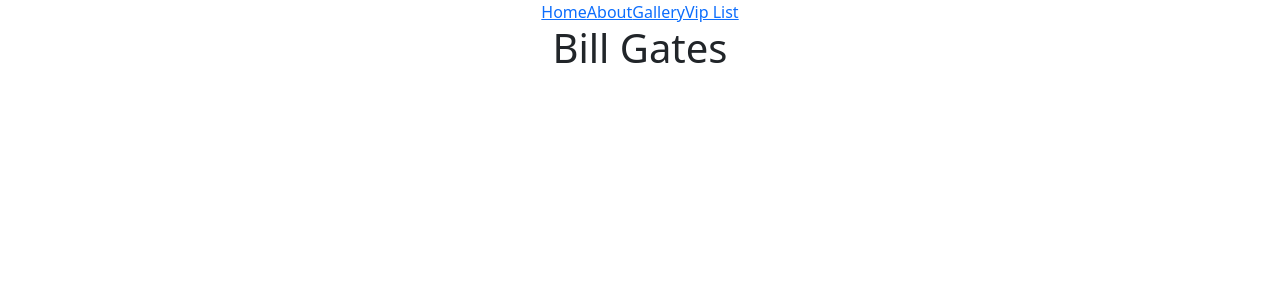
Repository: saargold/reactTest
Page: /vip/0
An editor plug-in stored every save of this project. The page is shown before and after the next save, followed by the edit.
The browser window is 1280 px wide. The pictures show the whole page.
The project was rebuilt for these pictures with package versions that can differ from the ones it lists, and the page was loaded fresh each time. A package was used in the major version that the imports need, not the one package.json lists. Also part of the build but not shown: src/App.css, src/api/Apicomp.js, src/input/MoviesInput.js, src/components/MovieList.js, src/components/AppMovies.js, src/components/Gallery.js, src/components/About.js, src/components/Home.js and 1 more.

Above is the page before, as saved 2022-09-07 14:20:46.

### src/App.js
import logo from './logo.svg';
import './App.css';
import Apicomp from './api/Apicomp';
import AppMovies from './components/AppMovies';
import {BrowserRouter as Router ,Switch,Route,Link} from 'react-router-dom'
import Gallery from './components/Gallery';
import About from './components/About';
import Home from './components/Home';
import VipList from './components/VipList';
import VipInfo from './components/VipInfo';
function App() {
  return (
    <Router>
    <div className="App text-center">
    <header>
      <Link to='/'>Home</Link>
      <Link to='/about'>About</Link>
      <Link to='/gallery'>Gallery</Link>
      <Link to='/vip'>Vip List</Link>

    </header>
    <Switch>
    <Route exact path="/" component={Home}></Route>
    <Route exact path="/about" component={About}></Route>
    <Route exact path="/gallery" component={Gallery}></Route>
    <Route exact path="/vip" component={VipList}></Route>
    <Route exact path="/vip/:id" component={VipInfo}></Route>

    </Switch>
    {/* <Apicomp/> */}
    {/* <AppMovies/> */}
    </div>
    </Router>
  );
}

export default App;

### src/components/VipInfo.js
import React from 'react'
import {vip_ar} from '../data/Vip.js'
function VipInfo(props) {
    let indexParam = props.match.params.id;
    let item=vip_ar[indexParam];
  return (
    <div>
    <h1>{item.name}</h1>

    </div>
  )
}

export default VipInfo

### src/data/Vip.js
export const vip_ar=
[
    {
        "name":"Bill Gates",
        "worth":"$90B",
        "birth_year":"1955",
        "source":"microsoft",
        "country":"USA",
        "image":"https://specials-images.forbesimg.com/imageserve/59d502f931358e542c034e76/200x200.jpg?background=000000&cropX1=245&cropX2=2420&cropY1=636&cropY2=2813"

    },
    {
        "name":"Warren Buffett",
        "worth":"$84B",
        "birth_year":"1931",
        "source":"Berkshire Hathaway",
        "country":"USA",
        "image":"https://specials-images.forbesimg.com/imageserve/59d5055931358e542c034ead/200x200.jpg?background=000000&cropX1=46&cropX2=693&cropY1=159&cropY2=806"

    },
    {
        "name":"Mark Zuckerberg",
        "worth":"$71B",
        "birth_year":"1984",
        "source":"Facebook",
        "country":"USA",
        "image":"https://specials-images.forbesimg.com/imageserve/59d5062131358e542c034eb7/200x200.jpg?background=000000&cropX1=419&cropX2=1409&cropY1=53&cropY2=1044"

    },
    {
        "name":"Larry Ellison",
        "worth":"$57B",
        "birth_year":"1945",
        "source":"Sun, Oracle",
        "country":"USA",
        "image":"https://specials-images.forbesimg.com/imageserve/59d5069b31358e542c034ec1/200x200.jpg?background=000000&cropX1=0&cropX2=2000&cropY1=227&cropY2=2228"

    },
    {
        "name":"Michael Bloomberg",
        "worth":"$50B",
        "birth_year":"1942",
        "source":"Bloomberg",
        "country":"USA",
        "image":"https://specials-images.forbesimg.com/imageserve/58c1d278a7ea431f321add1f/200x200.jpg?background=000000&cropX1=0&cropX2=744&cropY1=40&cropY2=784"

    }
]

Loaded but not shown: public/index.html (common file); src/index.js (common file); src/index.css (common file); src/reportWebVitals.js (common file)

After the next save:
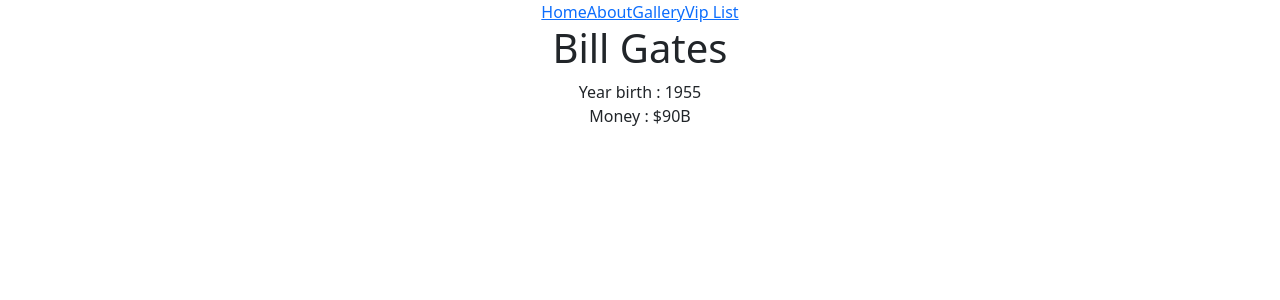
Saved 53 s later.
--- a/src/components/VipInfo.js
+++ b/src/components/VipInfo.js
@@ -6,6 +6,8 @@
   return (
     <div>
     <h1>{item.name}</h1>
+    <div>Year birth : {item.birth_year}</div>
+    <div>Money : {item.worth}</div>
 
     </div>
   )
